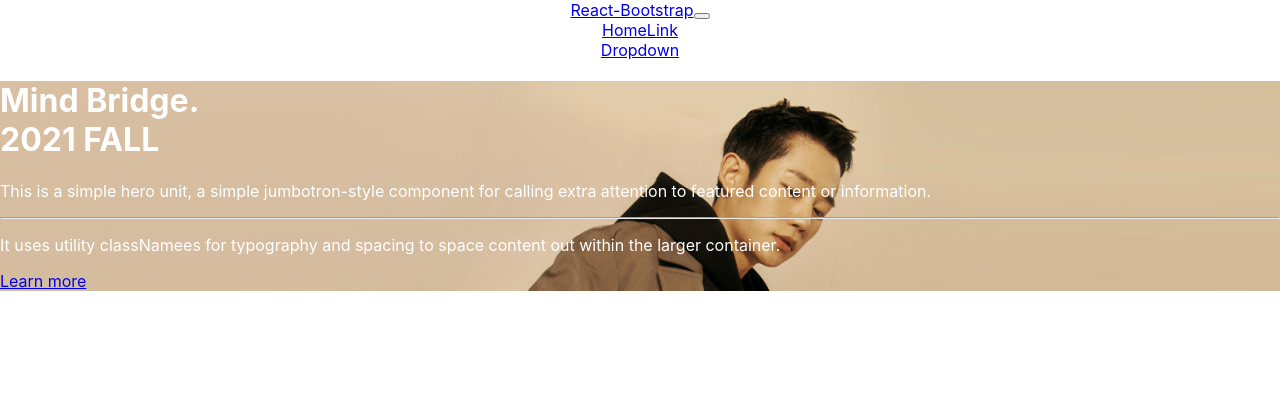
Repository: eunsuneun/react-shop
Page: /
The author's editor kept a copy of each file at every save. The page is drawn from the files as they stood at one save, then again after the next save.
The browser window is 1280 px wide. The pictures show the whole page.
The project was rebuilt for these pictures with package versions that can differ from the ones it lists, and the page was loaded fresh each time.

Above is the page before, as saved 2021-08-25 20:26:17.

### src/App.js
import logo from './logo.svg';
import { Navbar, Container, Nav, NavDropdown } from 'react-bootstrap';

import './App.css';

function App() {
  return (
    <div className='App'>
      <Navbar bg='light' expand='lg'>
        <Container>
          <Navbar.Brand href='#home'>React-Bootstrap</Navbar.Brand>
          <Navbar.Toggle aria-controls='basic-navbar-nav' />
          <Navbar.Collapse id='basic-navbar-nav'>
            <Nav className='me-auto'>
              <Nav.Link href='#home'>Home</Nav.Link>
              <Nav.Link href='#link'>Link</Nav.Link>
              <NavDropdown title='Dropdown' id='basic-nav-dropdown'>
                <NavDropdown.Item href='#action/3.1'>Action</NavDropdown.Item>
                <NavDropdown.Item href='#action/3.2'>
                  Another action
                </NavDropdown.Item>
                <NavDropdown.Item href='#action/3.3'>
                  Something
                </NavDropdown.Item>
                <NavDropdown.Divider />
                <NavDropdown.Item href='#action/3.4'>
                  Separated link
                </NavDropdown.Item>
              </NavDropdown>
            </Nav>
          </Navbar.Collapse>
        </Container>
      </Navbar>
      <div className='jumbotron visual'>
        <h1 className='display-4'>
          Mind Bridge. <br />
          2021 FALL
        </h1>
        <p className='lead'>
          This is a simple hero unit, a simple jumbotron-style component for
          calling extra attention to featured content or information.
        </p>
        <hr className='my-4' />
        <p>
          It uses utility classNamees for typography and spacing to space
          content out within the larger container.
        </p>
        <a className='btn btn-light btn-lg' href='#' role='button'>
          Learn more
        </a>
      </div>
      <div className='container'>
        <div className='row'>
          <div className='col-md-4'></div>
        </div>
      </div>
    </div>
  );
}

export default App;

### src/App.css
.App {
  text-align: center;
}

.App-logo {
  height: 40vmin;
  pointer-events: none;
}

@media (prefers-reduced-motion: no-preference) {
  .App-logo {
    animation: App-logo-spin infinite 20s linear;
  }
}

.App-header {
  background-color: #282c34;
  min-height: 100vh;
  display: flex;
  flex-direction: column;
  align-items: center;
  justify-content: center;
  font-size: calc(10px + 2vmin);
  color: white;
}

.App-link {
  color: #61dafb;
}

@keyframes App-logo-spin {
  from {
    transform: rotate(0deg);
  }
  to {
    transform: rotate(360deg);
  }
}

.visual {
  background: url(./img/visual.jpg) no-repeat top / cover;
  text-align: left;
  color: #fff;
}

Loaded but not shown: src/index.js (common file); src/index.css (common file); src/reportWebVitals.js (common file)

After the next save:
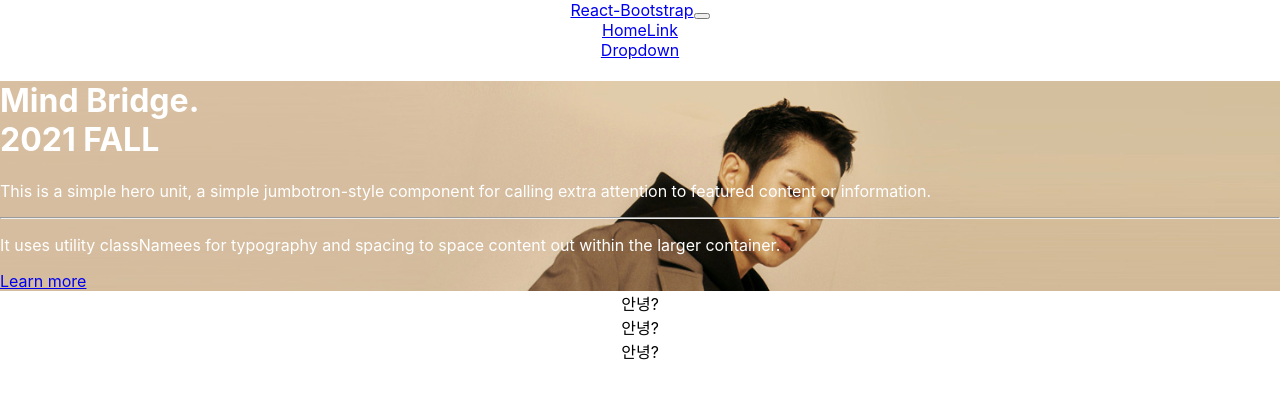
Saved 4 s later.
--- a/src/App.js
+++ b/src/App.js
@@ -51,7 +51,9 @@ function App() {
       </div>
       <div className='container'>
         <div className='row'>
-          <div className='col-md-4'></div>
+          <div className='col-md-4'>안녕?</div>
+          <div className='col-md-4'>안녕?</div>
+          <div className='col-md-4'>안녕?</div>
         </div>
       </div>
     </div>
